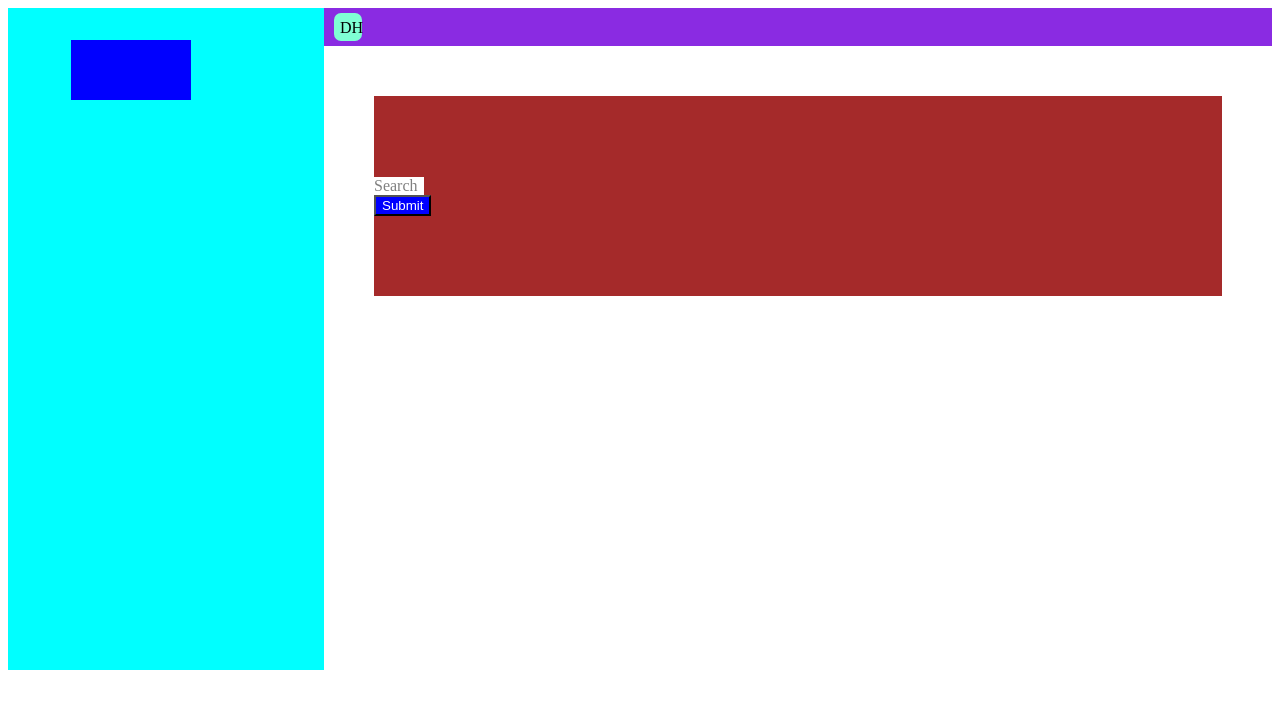
Repository: tr2cky/barrage
Page: index.html
An editor plug-in stored every save of this project. The page is shown before and after a run of saves, followed by the edit.
The browser window is 1280 px wide. The pictures show the whole page.

Above is the page before, as saved 2022-10-03 13:54:28.

### index.html
<!DOCTYPE html>
<html lang="en">

<head>
    <meta charset="UTF-8">
    <meta http-equiv="X-UA-Compatible" content="IE=edge">
    <meta name="viewport" content="width=device-width, initial-scale=1.0">
    <link rel="stylesheet" href="style.css">
    <title>Document</title>
</head>

<body>
    <div class="container">
        <div class="side">
            <div class="box1"></div>
        </div>

        <main>
            <div class="header">
                <div class="boxheader">DH</div>
            </div>
            <article>
                <div class="article-container">
                    <div class="search">Search</div>
                    <button>Submit</button>
                </div>
            </article>
            <div id="circle"></div>
        </main>
    </div>
</body>

</html>

### style.css
.container {
    display: grid;
    grid-template-columns: 1fr 3fr;
}
.side {
    background-color: aqua;
    height: 92vh;
}
.box1 {
    background-color: blue;
    width: 80px;
    height: 20px;
    padding: 20px;
    margin-top: 10%;
    margin-left: 20%;
}
main {
    background-color: white;
    display: flex;
    flex-direction: column;
}
.header {
    background-color: blueviolet;
}
.boxheader {
    background-color: aquamarine;
    padding: 6px;
    width: 1em;
    height: 1em;
    margin: 5px 10px;
    border-radius: 25%;
}
main article {
    background-color: brown;
    margin: 50px;
    height: 200px;
    display: flex;
    place-items: center;
}
.search {
    background-color: white;
    color: gray;
    width: 50px;
}
button {
    background-color: blue;
    color: white;
}

@media (max-width: 500px) {
    .container {
        grid-template-columns: 1fr;
    }
    main {
        order: -1;
    }
    main article {
        margin: 0;
    }
}
#circle {
    width: 3em;
    height: 3em;
    border-radius: 50%;
    position: fixed;
}

After the next 4 saves:
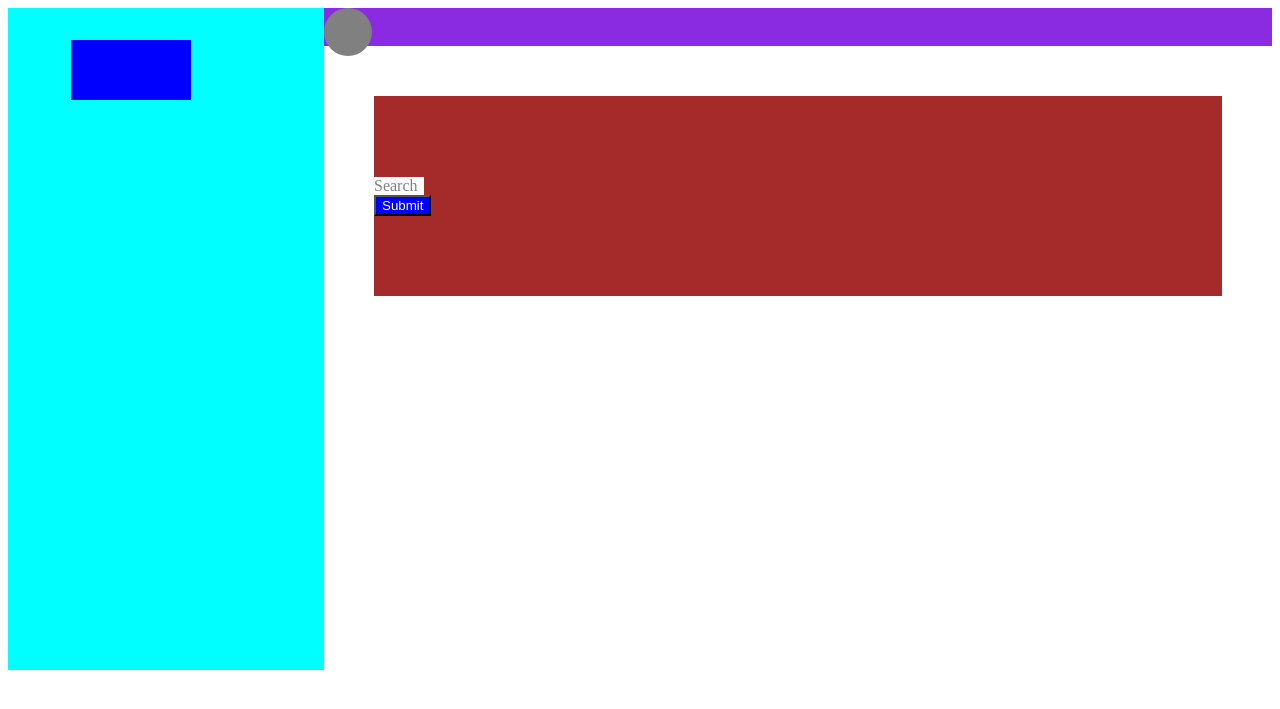
The 4 saves are shown as one change because they came seconds apart.
The last was saved 12 s later.
--- a/style.css
+++ b/style.css
@@ -63,4 +63,6 @@ button {
     height: 3em;
     border-radius: 50%;
     position: fixed;
+    background-color: gray;
+
 }
